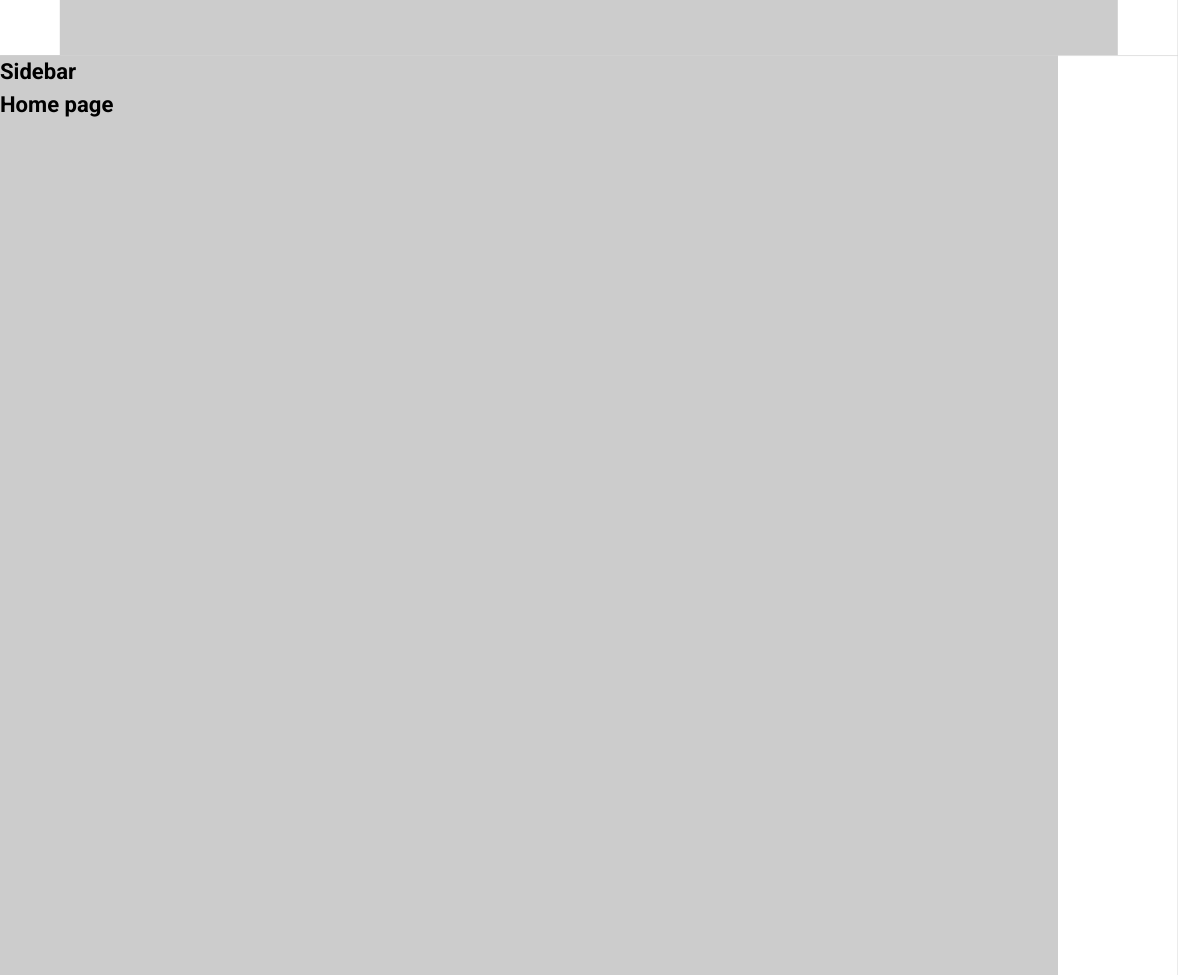
Repository: nguyenhaidang212/tiktok
Page: /
These files come from the project's save history. The page is drawn as it stood at one moment and after the next save; the edit follows.
The browser window is 1280 px wide. The pictures show the whole page, at 92% of full size.
The project was rebuilt for these pictures with package versions that can differ from the ones it lists, and the page was loaded fresh each time. Also part of the build but not shown: src/pages/Following/index.js, src/pages/Profile/index.js, src/pages/Upload/index.js, src/components/Layout/HeaderOnly/index.js, src/pages/Search/index.js.

Above is the page before, as saved 2023-04-27 13:11:08.

After the next save:
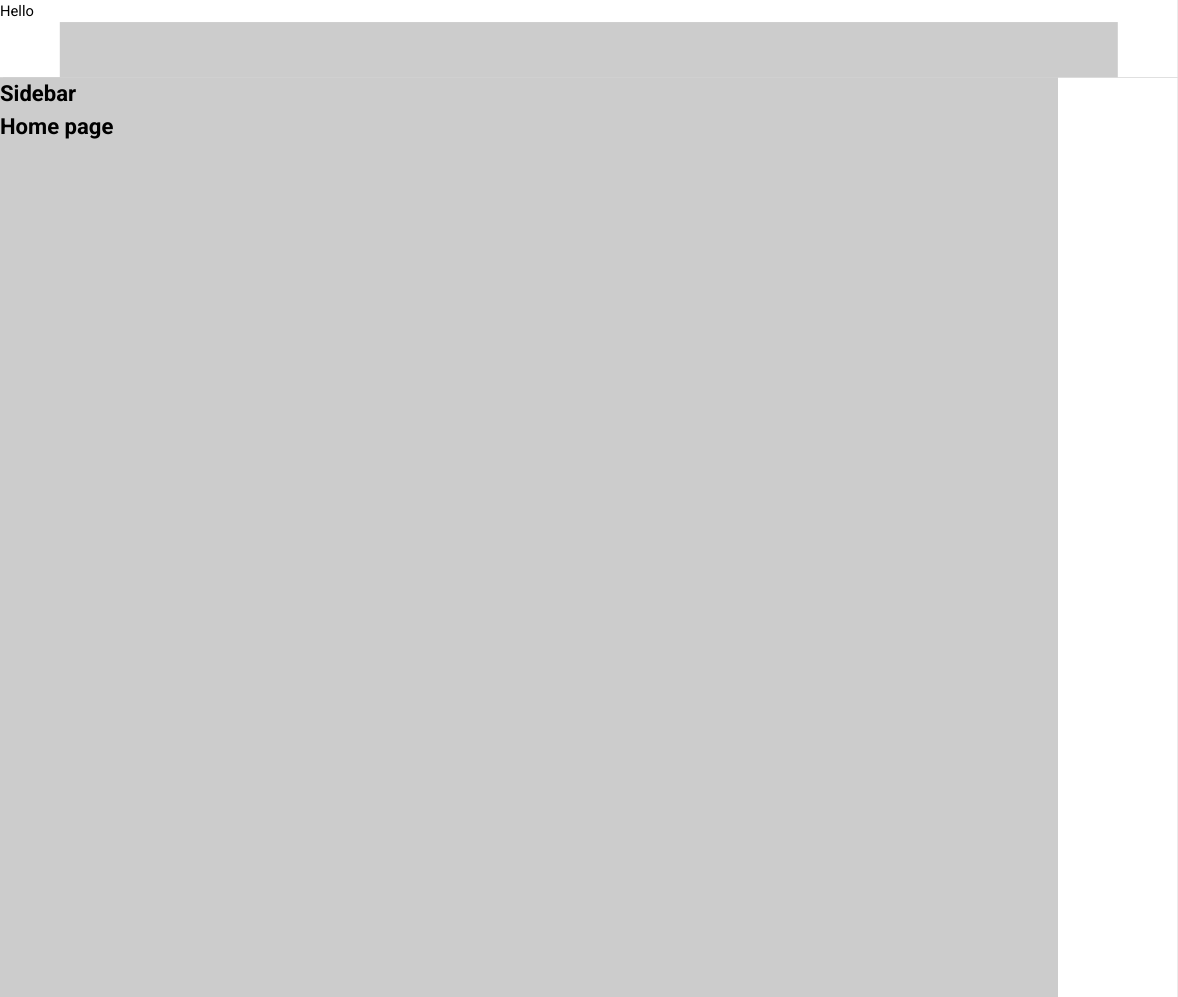
Saved 6 min 34 s later.
--- a/src/components/Layout/DefaultLayout/index.js
+++ b/src/components/Layout/DefaultLayout/index.js
@@ -9,6 +9,7 @@
 export default function DefaultLayout({ children }) {
     return (
         <div classNames={cx('wrapper')}>
+            Hello
             <Header />
             <div className={cx('container')}>
                 <Sidebar />

After the save that followed:
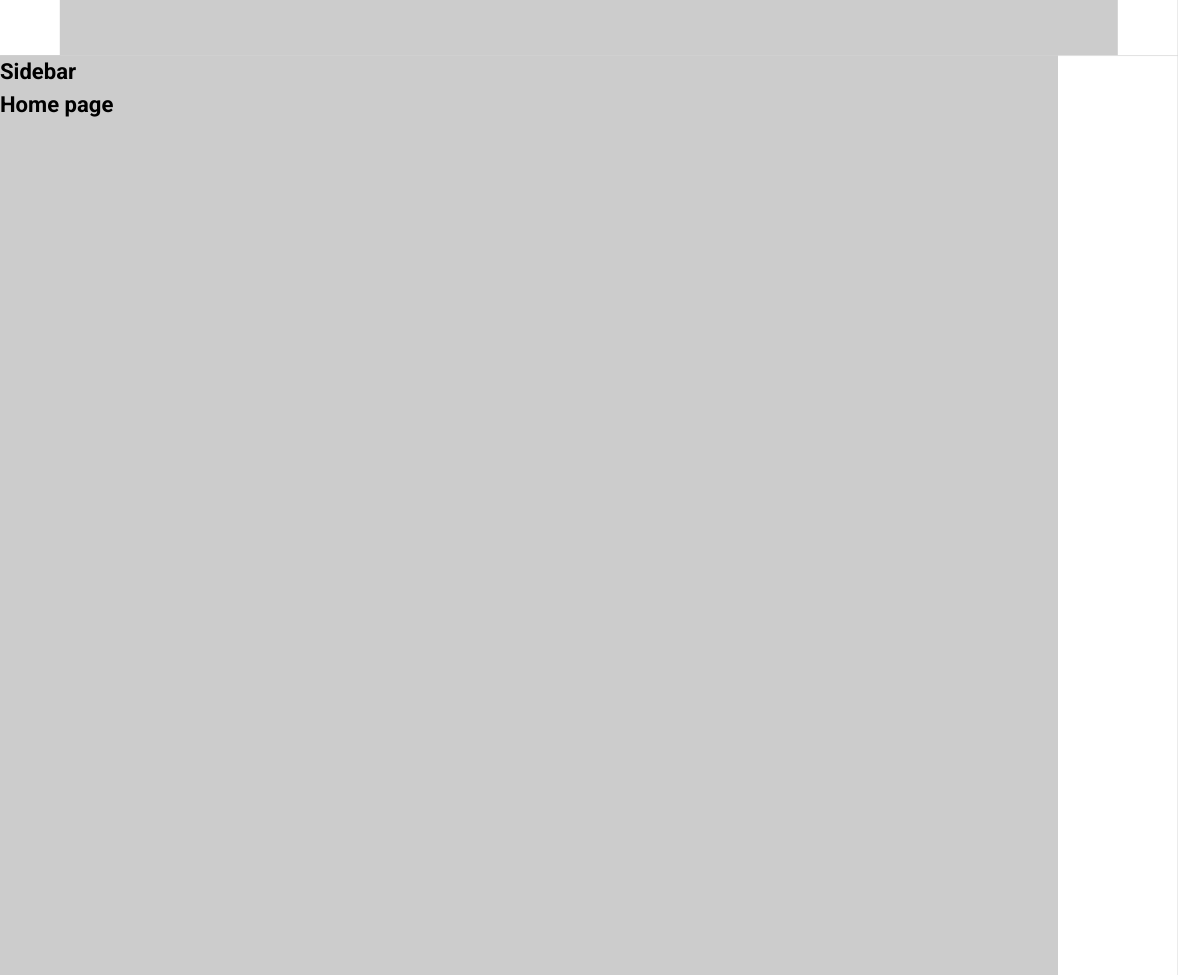
Saved 9 s later.
--- a/src/components/Layout/DefaultLayout/index.js
+++ b/src/components/Layout/DefaultLayout/index.js
@@ -9,7 +9,6 @@
 export default function DefaultLayout({ children }) {
     return (
         <div classNames={cx('wrapper')}>
-            Hello
             <Header />
             <div className={cx('container')}>
                 <Sidebar />
